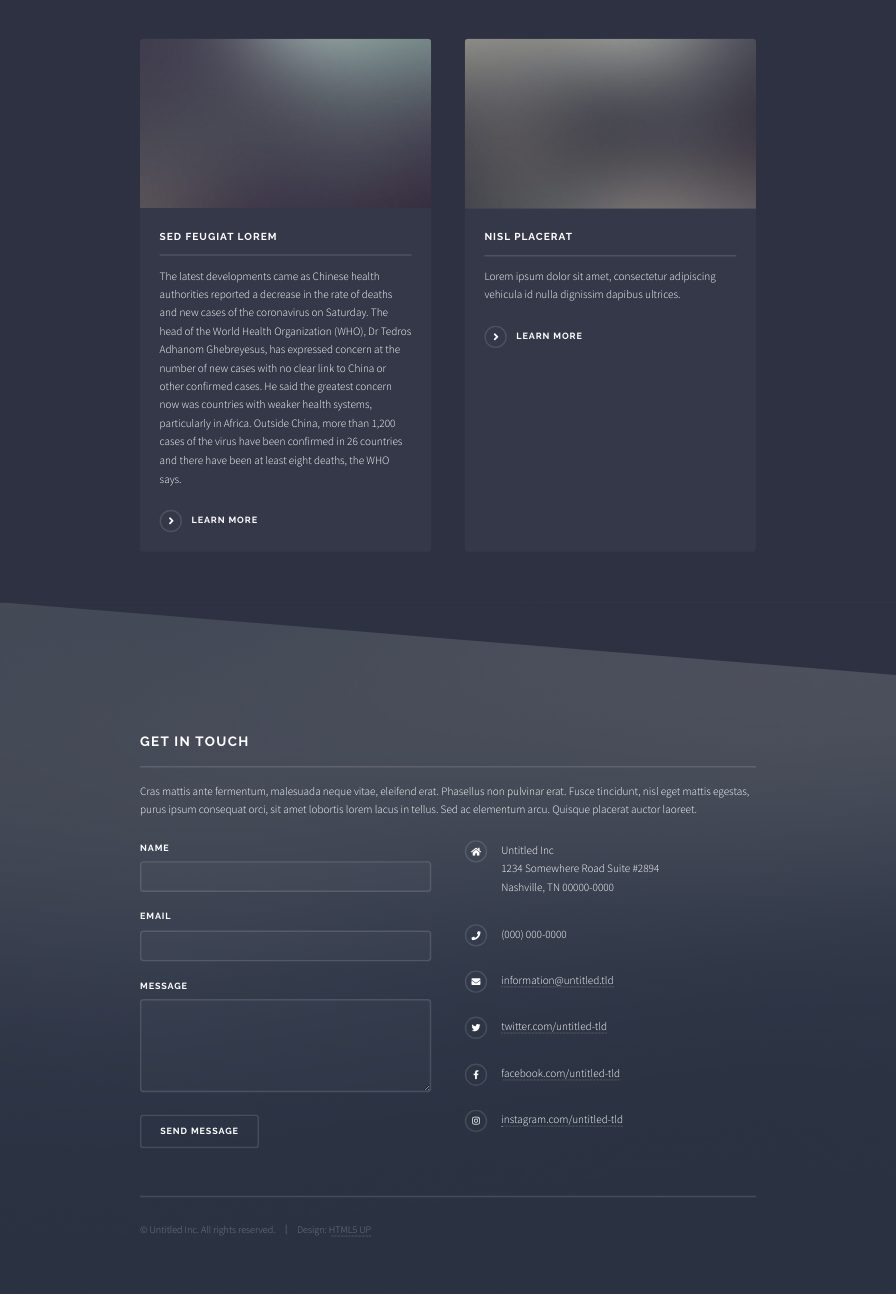
Repository: twoplus/solid_state_gr4
Page: generic.html
These files come from the project's save history. The page is drawn as it stood at one moment and after the next save; the edit follows.
The browser window is 1280 px wide. The pictures show the part of the page from y = 835 to 2755 px (the page is 2684 px tall before and 2755 px after), at 70% of full size.
Backgrounds fixed to the window are drawn as part of the page.

Above is the page before, as saved 2020-02-22 12:53:41.

### generic.html
<!DOCTYPE HTML>
<!--
	Solid State by HTML5 UP
	html5up.net | @ajlkn
	Free for personal and commercial use under the CCA 3.0 license (html5up.net/license)
-->
<html>
	<head>
		<title>Generic - Solid State by HTML5 UP</title>
		<meta charset="utf-8" />
		<meta name="viewport" content="width=device-width, initial-scale=1, user-scalable=no" />
		<link rel="stylesheet" href="assets/css/main.css" />
		<noscript><link rel="stylesheet" href="assets/css/noscript.css" /></noscript>
	</head>
	<body class="is-preload">

		<!-- Page Wrapper -->
			<div id="page-wrapper">

				<!-- Header -->
					<header id="header">
						<h1><a href="index.html">Solid State</a></h1>
						<nav>
							<a href="#menu">Menu</a>
						</nav>
					</header>

				<!-- Menu -->
					<nav id="menu">
						<div class="inner">
							<h2>Menu</h2>
							<ul class="links">
								<li><a href="index.html">Home</a></li>
								<li><a href="generic.html">Generic</a></li>
								<li><a href="elements.html">Elements</a></li>
								<li><a href="#">Log In</a></li>
								<li><a href="#">Sign Up</a></li>
							</ul>
							<a href="#" class="close">Close</a>
						</div>
					</nav>

				<!-- Wrapper -->
					<section id="wrapper">
						<header>
							<div class="inner">
								<h2>BBC news</h2>
							</div>
						</header>

						<!-- Content -->
							<div class="wrapper">
								<div class="inner">

									<h3 class="major">South Korea says the number of new coronavirus cases in the country has more than doubled in one day.
									</h3>
									<p>

Officials said on Saturday that 229 new cases had been confirmed since Friday, raising the total to 433.
									</p><p>
Vice Health Minister Kim Gang-lip said the outbreak had entered "a serious new phase".
</p><p>
Many of the new cases are linked to a hospital and to a religious group near the south-eastern city of Daegu, authorities have said.
</p><p>
Two patients in South Korea have died so far and there are fears the number will rise.
</p><p>
Daegu and nearby Cheongdo - where the hospital is situated - have been declared "special care zones" and the streets of Daegu are reported to be largely abandoned.
</p><p>
South Korea has now reported the largest number of confirmed infections outside China - 76,288 cases including 2,345 deaths - and the outbreak on the Diamond Princess cruise ship off the coast of Japan which has seen more than 600 cases.
									</p>

									<section class="features">
										<article>
											<a href="#" class="image"><img src="images/pic04.jpg" alt="" /></a>
											<h3 class="major">Sed feugiat lorem</h3>
											<p>The latest developments came as Chinese health authorities reported a decrease in the rate of deaths and new cases of the coronavirus on Saturday.

												The head of the World Health Organization (WHO), Dr Tedros Adhanom Ghebreyesus, has expressed concern at the number of new cases with no clear link to China or other confirmed cases.

												He said the greatest concern now was countries with weaker health systems, particularly in Africa.

												Outside China, more than 1,200 cases of the virus have been confirmed in 26 countries and there have been at least eight deaths, the WHO says.</p>
											<a href="#" class="special">Learn more</a>
										</article>
										<article>
											<a href="#" class="image"><img src="images/pic05.jpg" alt="" /></a>
											<h3 class="major">Nisl placerat</h3>
											<p>Lorem ipsum dolor sit amet, consectetur adipiscing vehicula id nulla dignissim dapibus ultrices.</p>
											<a href="#" class="special">Learn more</a>
										</article>
									</section>

								</div>
							</div>

					</section>

				<!-- Footer -->
					<section id="footer">
						<div class="inner">
							<h2 class="major">Get in touch</h2>
							<p>Cras mattis ante fermentum, malesuada neque vitae, eleifend erat. Phasellus non pulvinar erat. Fusce tincidunt, nisl eget mattis egestas, purus ipsum consequat orci, sit amet lobortis lorem lacus in tellus. Sed ac elementum arcu. Quisque placerat auctor laoreet.</p>
							<form method="post" action="#">
								<div class="fields">
									<div class="field">
										<label for="name">Name</label>
										<input type="text" name="name" id="name" />
									</div>
									<div class="field">
										<label for="email">Email</label>
										<input type="email" name="email" id="email" />
									</div>
									<div class="field">
										<label for="message">Message</label>
										<textarea name="message" id="message" rows="4"></textarea>
									</div>
								</div>
								<ul class="actions">
									<li><input type="submit" value="Send Message" /></li>
								</ul>
							</form>
							<ul class="contact">
								<li class="icon solid fa-home">
									Untitled Inc<br />
									1234 Somewhere Road Suite #2894<br />
									Nashville, TN 00000-0000
								</li>
								<li class="icon solid fa-phone">(000) 000-0000</li>
								<li class="icon solid fa-envelope"><a href="#">information@untitled.tld</a></li>
								<li class="icon brands fa-twitter"><a href="#">twitter.com/untitled-tld</a></li>
								<li class="icon brands fa-facebook-f"><a href="#">facebook.com/untitled-tld</a></li>
								<li class="icon brands fa-instagram"><a href="#">instagram.com/untitled-tld</a></li>
							</ul>
							<ul class="copyright">
								<li>&copy; Untitled Inc. All rights reserved.</li><li>Design: <a href="http://html5up.net">HTML5 UP</a></li>
							</ul>
						</div>
					</section>

			</div>

		<!-- Scripts -->
			<script src="assets/js/jquery.min.js"></script>
			<script src="assets/js/jquery.scrollex.min.js"></script>
			<script src="assets/js/browser.min.js"></script>
			<script src="assets/js/breakpoints.min.js"></script>
			<script src="assets/js/util.js"></script>
			<script src="assets/js/main.js"></script>

	</body>
</html>

Loaded but not shown: assets/css/fontawesome-all.min.css (library); assets/js/jquery.min.js (library); assets/js/jquery.scrollex.min.js (common file); assets/js/browser.min.js (common file); assets/js/breakpoints.min.js (common file); assets/js/util.js (587 lines, source omitted); assets/js/main.js (145 lines, source omitted); assets/css/main.css (4156 lines, source omitted)

After the next save:
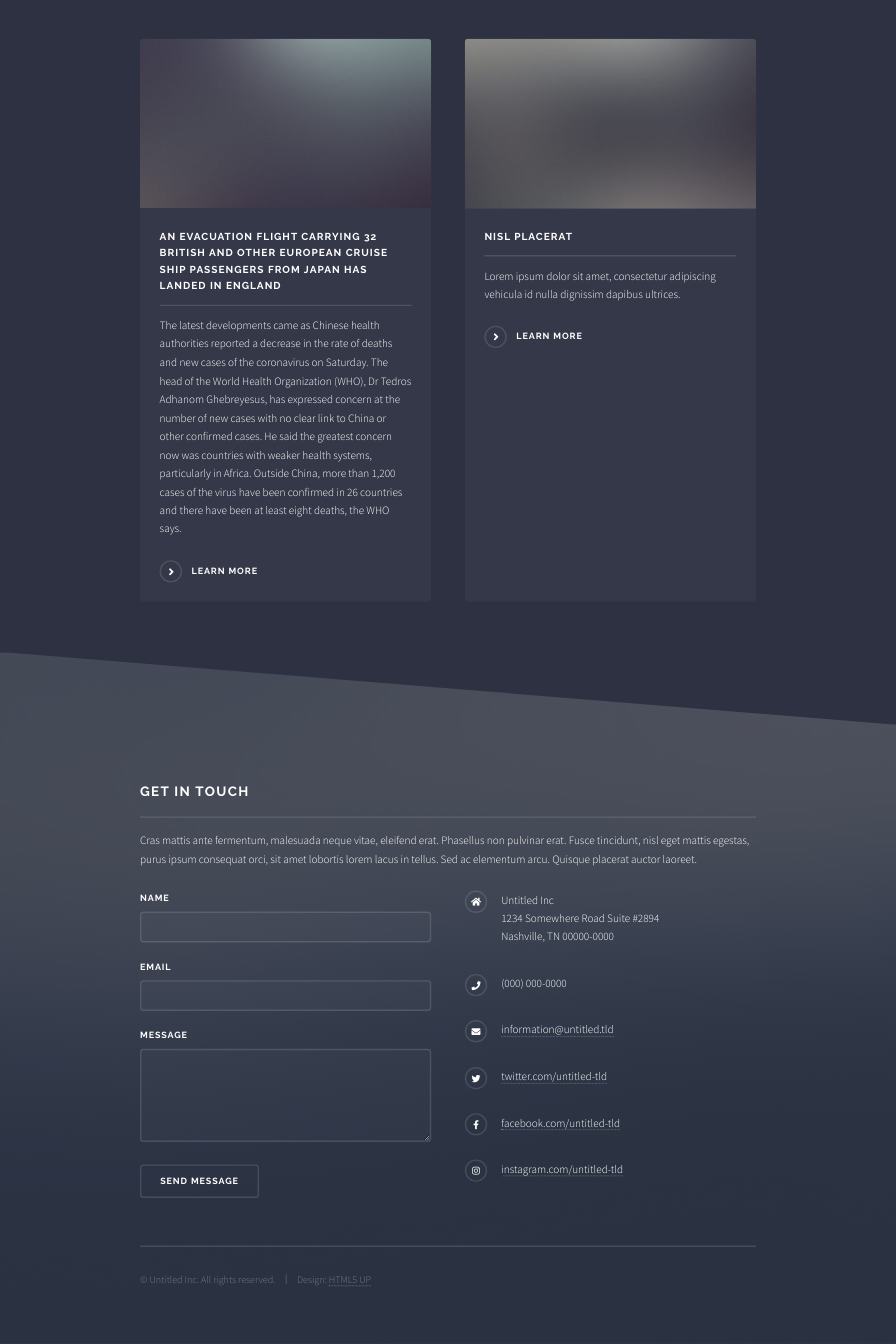
Saved 19 s later.
--- a/generic.html
+++ b/generic.html
@@ -72,7 +72,7 @@
 									<section class="features">
 										<article>
 											<a href="#" class="image"><img src="images/pic04.jpg" alt="" /></a>
-											<h3 class="major">Sed feugiat lorem</h3>
+											<h3 class="major">An evacuation flight carrying 32 British and other European cruise ship passengers from Japan has landed in England</h3>
 											<p>The latest developments came as Chinese health authorities reported a decrease in the rate of deaths and new cases of the coronavirus on Saturday.
 
 												The head of the World Health Organization (WHO), Dr Tedros Adhanom Ghebreyesus, has expressed concern at the number of new cases with no clear link to China or other confirmed cases.
